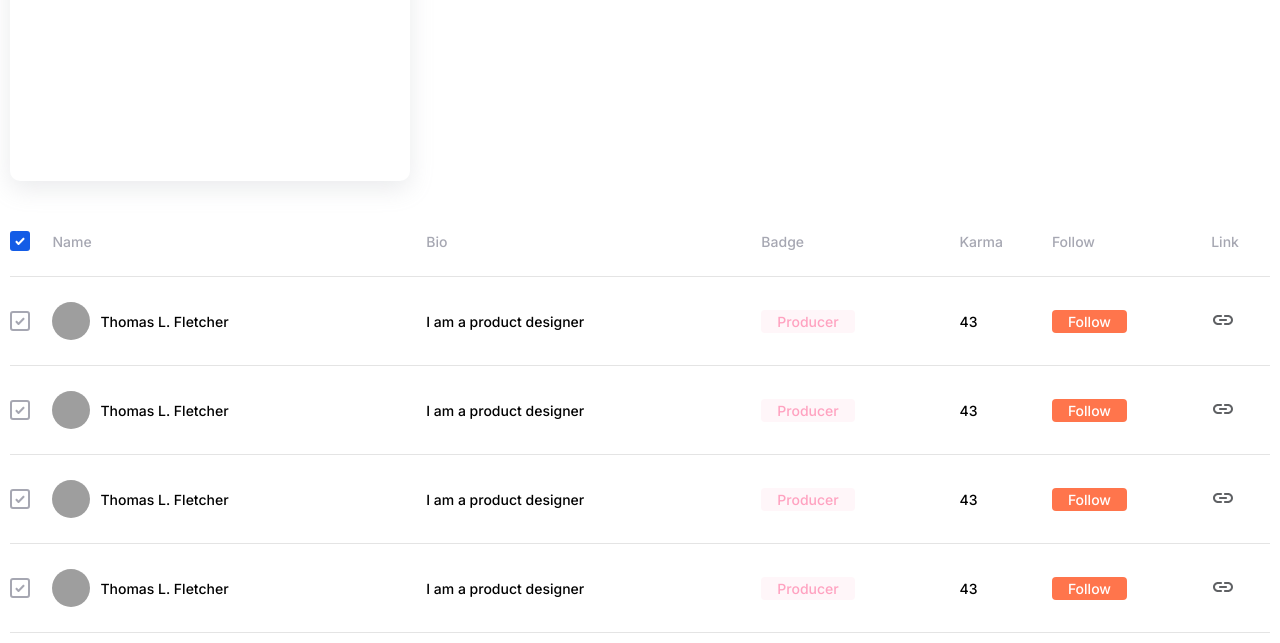
Repository: anhphapap/CSS
Page: test.html
These files come from the project's save history. The page is drawn as it stood at one moment and after the next save; the edit follows.
The browser window is 1280 px wide. The pictures show the part of the page from y = 642 to 1285 px (the page is 1285 px tall).
Pictures or frames that could not be fetched are drawn as grey boxes. A picture or video elsewhere on the page could not be fetched, so the positions and the page height are approximate.

Above is the page before, as saved 2023-04-09 19:08:55.

After the next save:
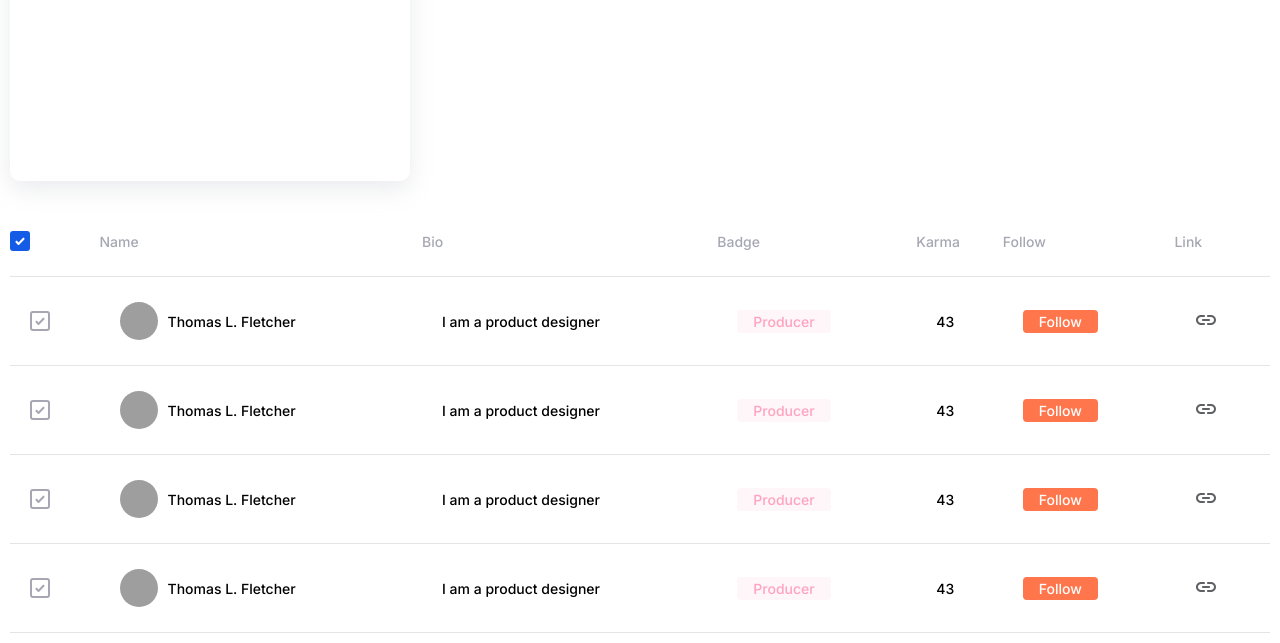
Saved 6 s later.
--- a/CSS/test.css
+++ b/CSS/test.css
@@ -321,7 +321,7 @@ tbody tr:last-child{
     border-bottom: 1px solid #E4E4E4;
 }
 td{
-    padding: 25px 0;
+    padding: 25px 20px;
 
 }
 
